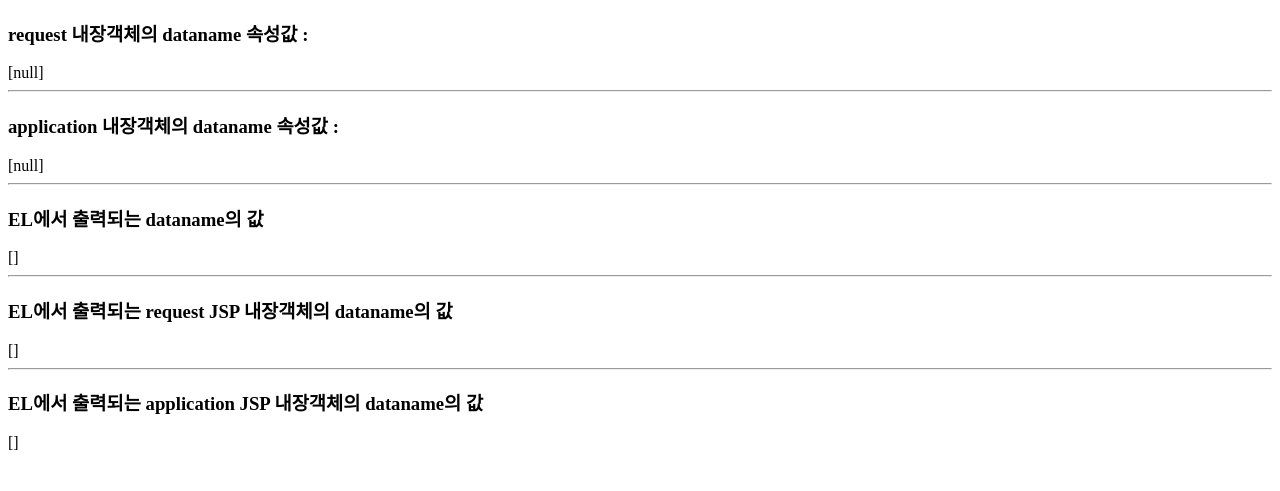
Repository: Gabintree/JDBC2019
Page: http://localhost/Jsp20190510_start/20190528_EL.jsp
An editor plug-in stored every save of this project. The page is shown before and after the next save, followed by the edit.
The browser window is 1280 px wide. The pictures show the whole page.
The page is served by Tomcat 9. The template is opened directly, without the code that normally fills it, so the values that code supplies are empty.

Above is the page before, as saved 2019-05-28 01:56:33.

### Jsp20190510_start/WebContent/20190528_EL.jsp
<%@ page language="java" contentType="text/html; charset=UTF-8"
    pageEncoding="UTF-8"%>
<!DOCTYPE html>
<html>
<head>
<meta charset="UTF-8">
<title>EL을 이용한 JSP 내장객체 사용</title>
</head>
<%
	request.setAttribute("datename", "requset Attribute");
	application.setAttribute("datename", "application Attribute");
%>
<body>

	<h3>request 내장객체의 dataname 속성값 : </h3>
	[<%= request.getAttribute("dataname") %>]<hr>
	<h3>application 내장객체의 dataname 속성값 : </h3>
	[<%= request.getAttribute("dataname") %>]<hr>
	<h3>EL에서 출력되는 dataname의 값</h3>
	[${dataname}]<hr>
	<h3>EL에서 출력되는 request JSP 내장객체의 dataname의 값</h3>
	[${requestScope.dataname}]<hr>
	<h3>EL에서 출력되는 application JSP 내장객체의 dataname의 값</h3>
	[${applicationScope.dataname }]


</body>
</html>

After the next save:
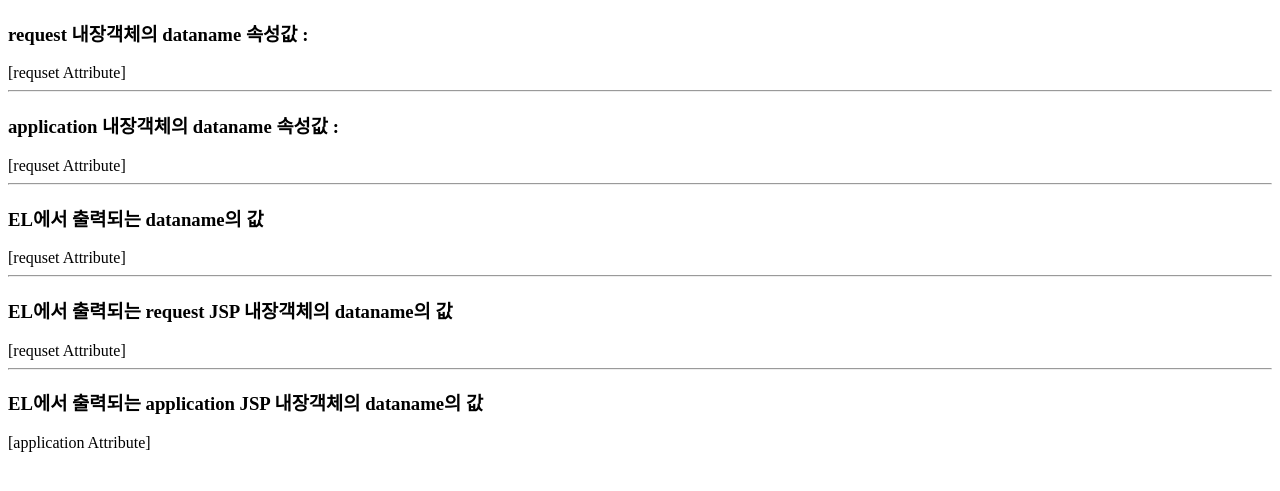
Saved 97 s later.
--- a/Jsp20190510_start/WebContent/20190528_EL.jsp
+++ b/Jsp20190510_start/WebContent/20190528_EL.jsp
@@ -7,8 +7,8 @@
 <title>EL을 이용한 JSP 내장객체 사용</title>
 </head>
 <%
-	request.setAttribute("datename", "requset Attribute");
-	application.setAttribute("datename", "application Attribute");
+	request.setAttribute("dataname", "requset Attribute");
+	application.setAttribute("dataname", "application Attribute");
 %>
 <body>
 
